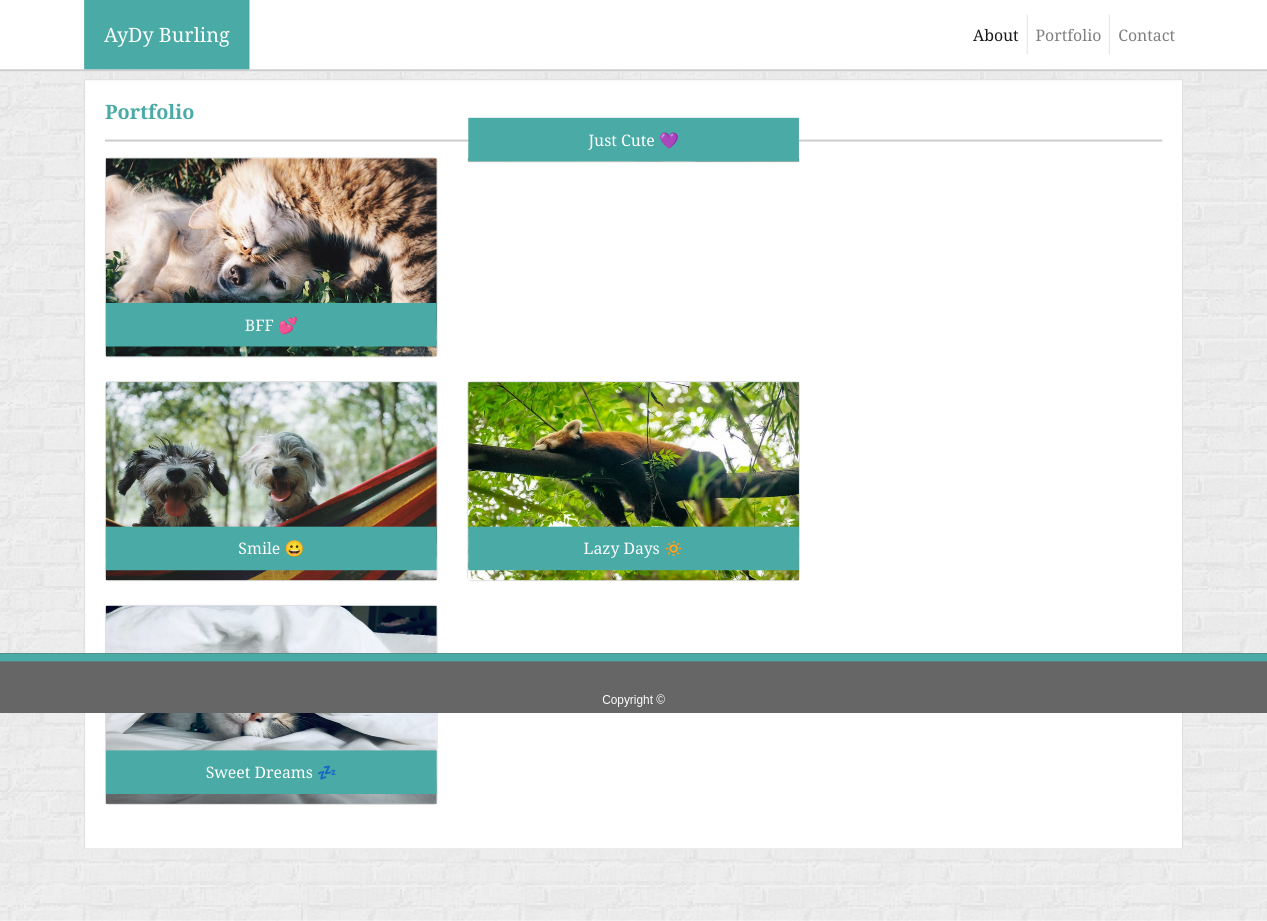
Repository: Dee1985/AyDy-Burling-prework
Page: Module-1_Assessment/portfolio.html
These files come from the project's save history. The page is drawn as it stood at one moment and after the next save; the edit follows.
The browser window is 1280 px wide. The pictures show the whole page, at 99% of full size.

Above is the page before, as saved 2020-05-22 23:28:06.

### Module-1_Assessment/portfolio.html
<!DOCTYPE html>
<html lang="en">
  <head>
    <meta charset="UTF-8" />
    <meta name="viewport" content="width=device-width, initial-scale=1.0" />
    <meta http-equiv="X-UA-Compatible" content="ie=edge" />
    <title>Portfolio</title>
    <link rel="stylesheet" href="assets/css/reset.css" />
    <link
      rel="stylesheet"
      href="https://stackpath.bootstrapcdn.com/bootstrap/4.3.1/css/bootstrap.min.css"
      integrity="sha384-ggOyR0iXCbMQv3Xipma34MD+dH/1fQ784/j6cY/iJTQUOhcWr7x9JvoRxT2MZw1T"
      crossorigin="anonymous"
    />
    <link rel="stylesheet" href="assets/css/style.css" />
  </head>
  <body>
    <nav class="navbar navbar-light navbar-expand-lg p-0 card-gallery ">
      <div class="container">
        <a href="# "class="navbar-brand text-white"
          >AyDy Burling</a>
          <button
              class="navbar-toggler"
              type="button"
              data-toggle="collapse"
              data-target="#navbarTogglerDemo02"
              aria-controls="navbarTogglerDemo02"
              aria-expanded="false"
              aria-label="Toggle navigation"
            >
              <span class="navbar-toggler-icon"></span>
            </button>
            <div class="collapse navbar-collapse" id="navbarTogglerDemo02">
              <ul class="navbar-nav ml-auto mt-2 mt-lg-0">
                <li class="nav-item active">
                  <a class="nav-link border-right" href="index.html">About</a>
                </li>
                <li class="nav-item">
                  <a class="nav-link border-right" href="#">Portfolio</a>
                </li>
                <li class="nav-item">
                  <a class="nav-link" href="contact.html" tabindex="-1">Contact</a>
                </li>
              </ul>
            </div>
          </nav>

    <section class="card-gallery">
      <div class="container">
        <div class="row">
          <div class="col mb-4 mt-2">
            <div class="card rounded-0 mb-5">
              <div class="card-body">
              <h5 class="card-title">Portfolio</h5>
              <hr />
              <!-- start of cards -->
            <div class="row justify-content-start">
              <!-- first card -->
                <div class="col-4 mb-4">
                            <div class="card text-white">
                                <img src="assets/img/krista-mangulsone-9gz3wfHr65U-unsplash.jpg" width="" height="200" alt="cat and dog cuddles">
                                <div class="card-heading text-center">
                                    BFF 💕
                                </div>
                            </div>
                        </div>
               <!-- second card -->
                <div class="col-4 mb-4">
                            <div class="card text-white">
                                <img src="assets/img/berkay-gumustekin-ngqyo2AYYnE-unsplash.jpg" width="100%" height="3" alt="puppy pic">
                                <div class="card-heading text-center">
                                    Just Cute 💜
                                </div>
                            </div>
                  </div>
            </div>
               <!-- third card -->
            <div class="row">
              <div class="col-4 mb-4">
                            <div class="card text-white">
                                <img src="assets/img/alvan-nee-FHl79chXS6s-unsplash.jpg" width="100%" height="200px" alt="two dogs smiling">
                                <div class="card-heading text-center">
                                    Smile 😀
                                </div>
                            </div>
                        </div>
               <!-- fourth card -->
                   <div class="col-4 mb-4">
                            <div class="card text-white">
                                <img src="assets/img/chris-curry-GYpsSWHslHA-unsplash.jpg" width="100%" height="200px" alt="animal sleeping on branch">
                                <div class="card-heading text-center">
                                    Lazy Days 🔅
                                </div>
                            </div>
                        </div>
                        </div>
               <!-- fifth card -->
               <div class="row justify-content-start">
                   <div class="col-4 mb-4">
                            <div class="card text-white">
                                <img src="assets/img/kate-stone-matheson-uy5t-CJuIK4-unsplash.jpg" width="100%" height="200px" alt="cat under a blanket">
                                <div class="card-heading text-center">
                                    Sweet Dreams 💤
                                </div>
                            </div>
                        </div>
                        </div>

            </div>
              </div>
            </div>
          </div>
        </div>
      </div>
    </section>
    <footer>
      <div class="fixed text-center text-white"> Copyright &copy;</div>
    </footer>

    <script
      src="https://code.jquery.com/jquery-3.3.1.slim.min.js"
      integrity="sha384-q8i/X+965DzO0rT7abK41JStQIAqVgRVzpbzo5smXKp4YfRvH+8abtTE1Pi6jizo"
      crossorigin="anonymous"
    ></script>
    <script
      src="https://cdnjs.cloudflare.com/ajax/libs/popper.js/1.14.7/umd/popper.min.js"
      integrity="sha384-UO2eT0CpHqdSJQ6hJty5KVphtPhzWj9WO1clHTMGa3JDZwrnQq4sF86dIHNDz0W1"
      crossorigin="anonymous"
    ></script>
    <script
      src="https://stackpath.bootstrapcdn.com/bootstrap/4.3.1/js/bootstrap.min.js"
      integrity="sha384-JjSmVgyd0p3pXB1rRibZUAYoIIy6OrQ6VrjIEaFf/nJGzIxFDsf4x0xIM+B07jRM"
      crossorigin="anonymous"
    ></script>
  </body>
</html>

### Module-1_Assessment/assets/css/style.css
* {
	box-sizing: border-box;
	margin: 0;
	padding: 0;
}

section {
	/* https://www.toptal.com/designers/subtlepatterns/?s=brick */
	background-image: url('../img/brickwall_@2X.png');
	background-position: center;
}

nav {
	font-family: Cambria, Cochin, Georgia, Times, 'Times New Roman', serif;
}

.btn {
	background-color: #4aaaa5;
	border-color: #4aaaa5;
}
.navbar {
	border-bottom: 2px solid #cccccc;
}
a.navbar-brand {
	background-color: #4aaaa5;
	padding: 20px;
	margin: 0;
}
hr {
	border-top: 2px solid;
	border-color: #cccccc;
}
div.col-4.mb-4 {
	width: 35%;
}
.card {
	font-family: Arial, Helvetica, sans-serif;
	border-color: #dddddd;
}
.card-title {
	font-size: 20px;
	color: #4aaaa5;
	font-family: Cambria, Cochin, Georgia, Times, 'Times New Roman', serif;
	font-weight: bold;
}
.card-heading {
	background-color: #4aaaa5;
	font-size: 16px;
	font-family: Cambria, Cochin, Georgia, Times, 'Times New Roman', serif;
	position: absolute;
	bottom: 5%;
	width: 100%;
	padding-top: 10px;
	padding-bottom: 10px;
}

footer {
	position: fixed;
	left: 0;
	bottom: 0;
	width: 100%;
	border-top: 8px solid #4aaaa5;
	background-color: #666666;
	color: #ffffff;
	font-family: Arial, 'Helvetica Neue', Helvetica, sans-serif;
	font-size: 12px;
	height: 60px;
	padding-top: 30px;
}

Loaded but not shown: Module-1_Assessment/assets/css/reset.css (common file)

After the next save:
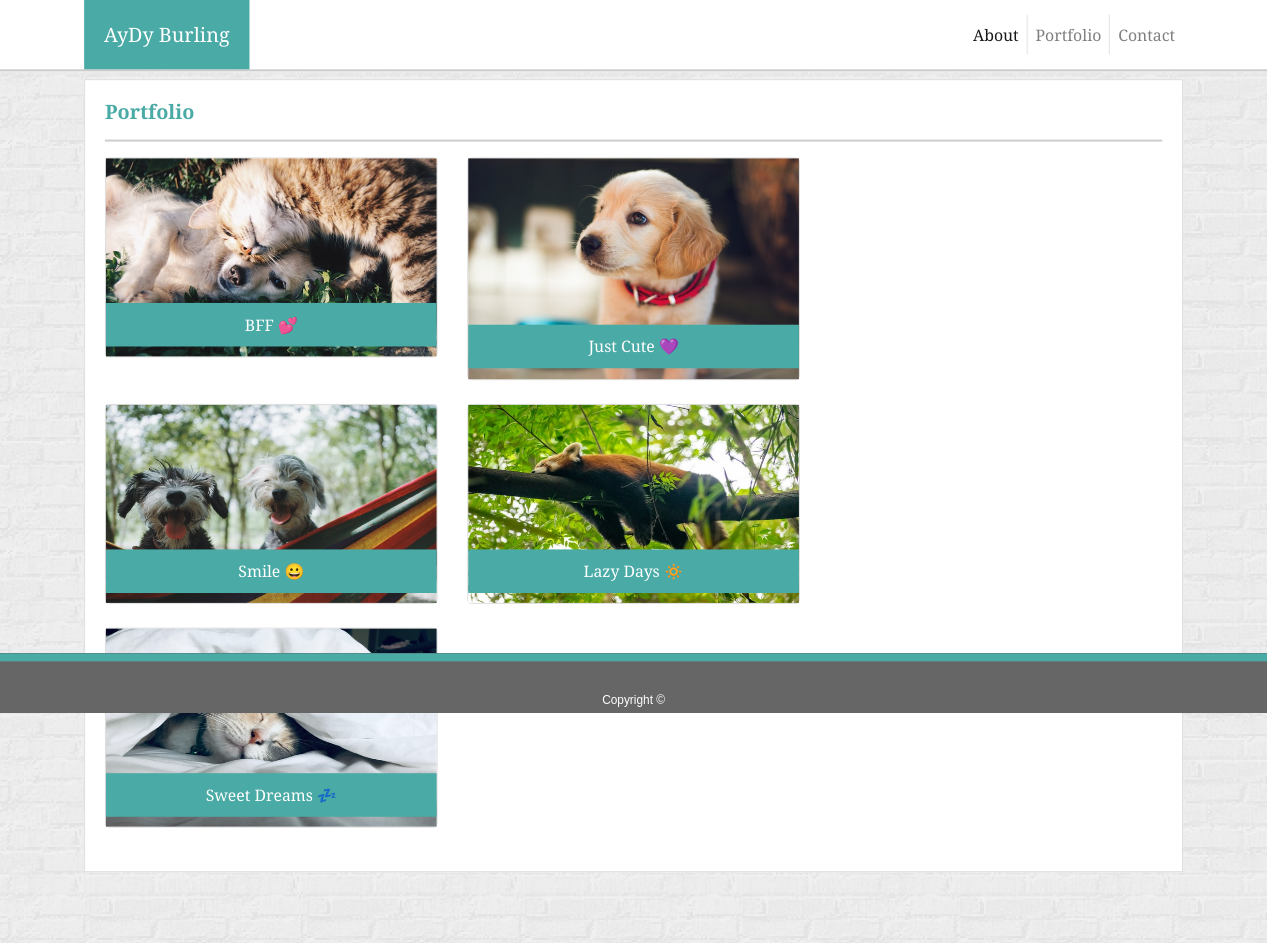
Saved 8 s later.
--- a/Module-1_Assessment/portfolio.html
+++ b/Module-1_Assessment/portfolio.html
@@ -67,7 +67,7 @@
                <!-- second card -->
                 <div class="col-4 mb-4">
                             <div class="card text-white">
-                                <img src="assets/img/berkay-gumustekin-ngqyo2AYYnE-unsplash.jpg" width="100%" height="3" alt="puppy pic">
+                                <img src="assets/img/berkay-gumustekin-ngqyo2AYYnE-unsplash.jpg" width="100%" height="30%" alt="puppy pic">
                                 <div class="card-heading text-center">
                                     Just Cute 💜
                                 </div>
